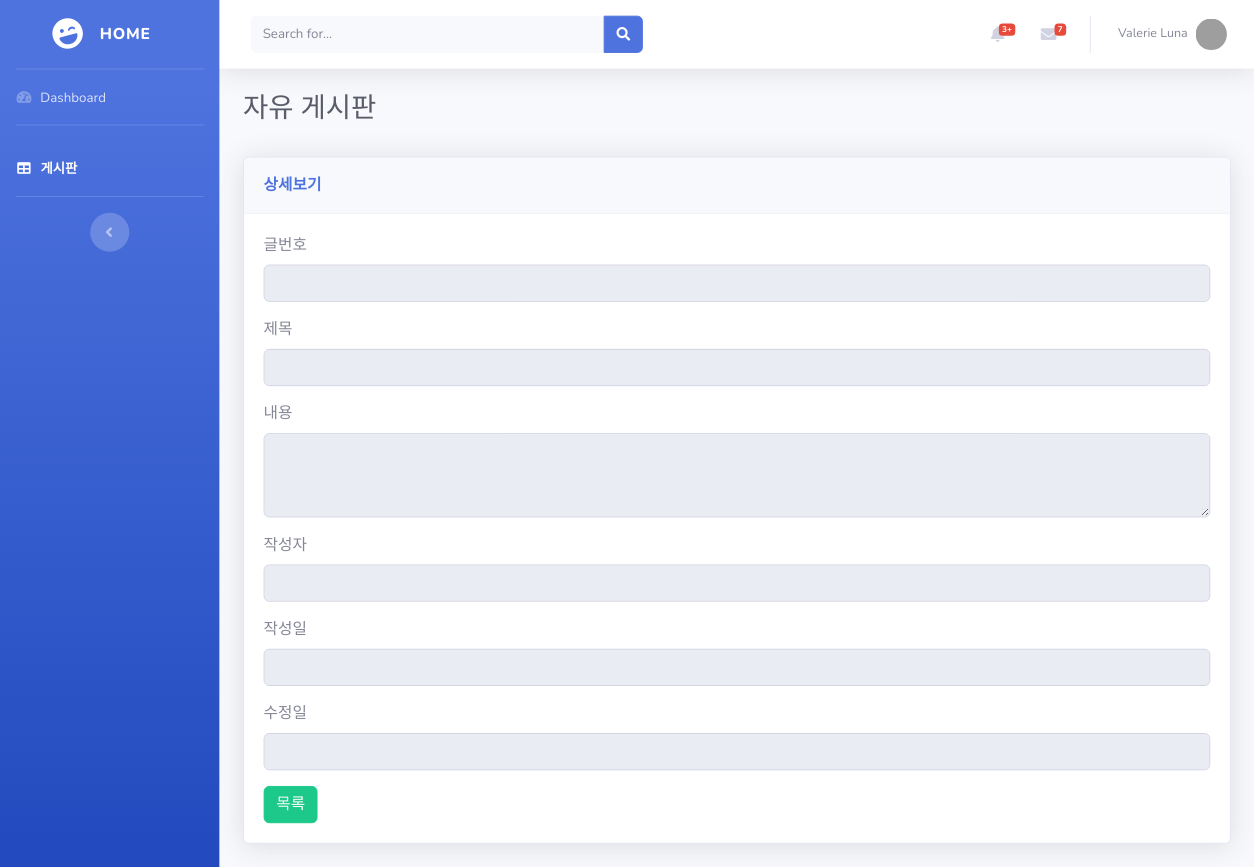
Repository: superThisMe/spring-basic
Page: http://localhost/06.spring-board-a/WEB-INF/views/board/detail.jsp
These files come from the project's save history. The page is drawn as it stood at one moment and after the next save; the edit follows.
The browser window is 1280 px wide. The pictures show the whole page, at 98% of full size.
Pictures or frames that could not be fetched are drawn as grey boxes. The page is served by Tomcat 9. Nobody is signed in. Other server files are loaded and not shown. The template is opened directly, without the code that normally fills it, so the values that code supplies are empty.

Above is the page before, as saved 2019-12-26 09:09:36.
Console error: TypeError: Cannot read properties of null (reading 'length')

### 06.spring-board-a/src/main/webapp/WEB-INF/views/board/detail.jsp
<%@ page pageEncoding="utf-8" contentType="text/html; charset=utf-8"%>

<!DOCTYPE html>
<html lang="ko">

<head>

<meta charset="utf-8">
<meta http-equiv="X-UA-Compatible" content="IE=edge">
<meta name="viewport"
	content="width=device-width, initial-scale=1, shrink-to-fit=no">
<meta name="description" content="">
<meta name="author" content="">

<title>SB Admin 2 - Dashboard</title>

<!-- Custom fonts for this template-->
<link
	href="/spring-board-a/resources/vendor/fontawesome-free/css/all.min.css"
	rel="stylesheet" type="text/css">
<link
	href="https://fonts.googleapis.com/css?family=Nunito:200,200i,300,300i,400,400i,600,600i,700,700i,800,800i,900,900i"
	rel="stylesheet">

<!-- Custom styles for this template-->
<link href="/spring-board-a/resources/css/sb-admin-2.min.css"
	rel="stylesheet">

</head>

<body id="page-top">

	<!-- Page Wrapper -->
	<div id="wrapper">

		<jsp:include page="/WEB-INF/views/modules/sidebar.jsp" />

		<!-- Content Wrapper -->
		<div id="content-wrapper" class="d-flex flex-column">

			<!-- Main Content -->
			<div id="content">

				<jsp:include page="/WEB-INF/views/modules/topbar.jsp" />

				<!-- Begin Page Content -->
				<div class="container-fluid">

					<!-- Page Heading -->
					<h1 class="h3 mb-2 text-gray-800">자유 게시판</h1>
					<br>

					<div class="card shadow mb-4">
						<div class="card-header py-3">
							<span class="m-0 font-weight-bold text-primary">상세보기</span>
						</div>
						<div class="card-body">
							<div class="form-group">
								<label>글번호</label> <input class="form-control" id='bno'
									name='bno' value="${ board.bno }">
							</div>
							<div class="form-group">
								<label>제목</label> <input class="form-control" id='title'
									name='title' value="${ board.title }">
							</div>

							<div class="form-group">
								<label>내용</label>
								<textarea class="form-control" rows="3" id='content'
									name='content'>${ board.content }</textarea>
							</div>

							<div class="form-group">
								<label>작성자</label> <input class="form-control" id='writer'
									name='writer' value="${ board.writer }">
							</div>
							<div class="form-group">
								<label>작성일</label> <input class="form-control" id='regDate'
									name='regDate' value="${ board.regDate }">
							</div>
							<div class="form-group">
								<label>수정일</label> <input class="form-control" id='updateDate'
									name='updateDate' value="${ board.updateDate }">
							</div>

							<button id="tolist-button" type="button" class="btn btn-success">목록</button>
						</div>
					</div>

				</div>
				<!-- /.container-fluid -->
			</div>
			<!-- End of Main Content -->
		</div>
		<!-- End of Content Wrapper -->
	</div>
	<!-- End of Page Wrapper -->

	<%@include file="/WEB-INF/views/modules/common-js.jsp"%>

	<script type="text/javascript">
		$(function() {
			$('#tolist-button').on('click', function(event) {
				location.href = "list.action";
			});

			$('input, textarea').attr({
				'readonly' : 'readonly'
			});
		});
	</script>

</body>

</html>

### 06.spring-board-a/src/main/webapp/WEB-INF/views/modules/common-js.jsp
<%@ page language="java"
		 contentType="text/html; charset=utf-8"
    	 pageEncoding="utf-8" %>

  <!-- Bootstrap core JavaScript-->
  <script src="/spring-board-a/resources/vendor/jquery/jquery.min.js"></script>
  <script src="/spring-board-a/resources/vendor/bootstrap/js/bootstrap.bundle.min.js"></script>

  <!-- Core plugin JavaScript-->
  <script src="/spring-board-a/resources/vendor/jquery-easing/jquery.easing.min.js"></script>

  <!-- Custom scripts for all pages-->
  <script src="/spring-board-a/resources/js/sb-admin-2.min.js"></script>

  <script src="/spring-board-a/resources/js/sidebar.js"></script>

  <!-- Page level plugins -->
  <script src="/spring-board-a/resources/vendor/chart.js/Chart.min.js"></script>

  <!-- Page level custom scripts -->
  <script src="/spring-board-a/resources/js/demo/chart-area-demo.js"></script>
  <script src="/spring-board-a/resources/js/demo/chart-pie-demo.js"></script>

### 06.spring-board-a/src/main/webapp/WEB-INF/views/modules/sidebar.jsp
<%@ page language="java"
		 contentType="text/html; charset=utf-8"
    	 pageEncoding="utf-8" %>

    <!-- Sidebar -->
    <ul class="navbar-nav bg-gradient-primary sidebar sidebar-dark accordion" id="accordionSidebar">

      <!-- Sidebar - Brand -->
      <a class="sidebar-brand d-flex align-items-center justify-content-center"
      	 href="/spring-board-a/">
        <div class="sidebar-brand-icon rotate-n-15">
          <i class="fas fa-laugh-wink"></i>
        </div>
        <div class="sidebar-brand-text mx-3">HOME</div>
      </a>

      <!-- Divider -->
      <hr class="sidebar-divider my-0">

      <!-- Nav Item - Dashboard -->
      <li id="dashboard-li" class="nav-item active">
        <a class="nav-link" href="#">
          <i class="fas fa-fw fa-tachometer-alt"></i>
          <span>Dashboard</span></a>
      </li>

      <!-- Divider -->
      <hr class="sidebar-divider">

      <!-- Nav Item - Charts -->
      <li id="board-li" class="nav-item">
        <a class="nav-link" href="/spring-board-a/board/list.action">
          <i class="fas fa-fw fa-table"></i>
          <span>게시판</span></a>
      </li>

      <!-- Divider -->
      <hr class="sidebar-divider d-none d-md-block">

      <!-- Sidebar Toggler (Sidebar) -->
      <div class="text-center d-none d-md-inline">
        <button class="rounded-circle border-0" id="sidebarToggle"></button>
      </div>

    </ul>
    <!-- End of Sidebar -->

### 06.spring-board-a/src/main/webapp/WEB-INF/views/modules/topbar.jsp
<%@ page language="java"
		 contentType="text/html; charset=utf-8"
    	 pageEncoding="utf-8" %>

		<!-- Topbar -->
        <nav class="navbar navbar-expand navbar-light bg-white topbar mb-4 static-top shadow">

          <!-- Sidebar Toggle (Topbar) -->
          <button id="sidebarToggleTop" class="btn btn-link d-md-none rounded-circle mr-3">
            <i class="fa fa-bars"></i>
          </button>

          <!-- Topbar Search -->
          <form class="d-none d-sm-inline-block form-inline mr-auto ml-md-3 my-2 my-md-0 mw-100 navbar-search">
            <div class="input-group">
              <input type="text" class="form-control bg-light border-0 small" placeholder="Search for..." aria-label="Search" aria-describedby="basic-addon2">
              <div class="input-group-append">
                <button class="btn btn-primary" type="button">
                  <i class="fas fa-search fa-sm"></i>
                </button>
              </div>
            </div>
          </form>

          <!-- Topbar Navbar -->
          <ul class="navbar-nav ml-auto">

            <!-- Nav Item - Search Dropdown (Visible Only XS) -->
            <li class="nav-item dropdown no-arrow d-sm-none">
              <a class="nav-link dropdown-toggle" href="#" id="searchDropdown" role="button" data-toggle="dropdown" aria-haspopup="true" aria-expanded="false">
                <i class="fas fa-search fa-fw"></i>
              </a>
              <!-- Dropdown - Messages -->
              <div class="dropdown-menu dropdown-menu-right p-3 shadow animated--grow-in" aria-labelledby="searchDropdown">
                <form class="form-inline mr-auto w-100 navbar-search">
                  <div class="input-group">
                    <input type="text" class="form-control bg-light border-0 small" placeholder="Search for..." aria-label="Search" aria-describedby="basic-addon2">
                    <div class="input-group-append">
                      <button class="btn btn-primary" type="button">
                        <i class="fas fa-search fa-sm"></i>
                      </button>
                    </div>
                  </div>
                </form>
              </div>
            </li>

            <!-- Nav Item - Alerts -->
            <li class="nav-item dropdown no-arrow mx-1">
              <a class="nav-link dropdown-toggle" href="#" id="alertsDropdown" role="button" data-toggle="dropdown" aria-haspopup="true" aria-expanded="false">
                <i class="fas fa-bell fa-fw"></i>
                <!-- Counter - Alerts -->
                <span class="badge badge-danger badge-counter">3+</span>
              </a>
              <!-- Dropdown - Alerts -->
              <div class="dropdown-list dropdown-menu dropdown-menu-right shadow animated--grow-in" aria-labelledby="alertsDropdown">
                <h6 class="dropdown-header">
                  Alerts Center
                </h6>
                <a class="dropdown-item d-flex align-items-center" href="#">
                  <div class="mr-3">
                    <div class="icon-circle bg-primary">
                      <i class="fas fa-file-alt text-white"></i>
                    </div>
                  </div>
                  <div>
                    <div class="small text-gray-500">December 12, 2019</div>
                    <span class="font-weight-bold">A new monthly report is ready to download!</span>
                  </div>
                </a>
                <a class="dropdown-item d-flex align-items-center" href="#">
                  <div class="mr-3">
                    <div class="icon-circle bg-success">
                      <i class="fas fa-donate text-white"></i>
                    </div>
                  </div>
                  <div>
                    <div class="small text-gray-500">December 7, 2019</div>
                    $290.29 has been deposited into your account!
                  </div>
                </a>
                <a class="dropdown-item d-flex align-items-center" href="#">
                  <div class="mr-3">
                    <div class="icon-circle bg-warning">
                      <i class="fas fa-exclamation-triangle text-white"></i>
                    </div>
                  </div>
                  <div>
                    <div class="small text-gray-500">December 2, 2019</div>
                    Spending Alert: We've noticed unusually high spending for your account.
                  </div>
                </a>
                <a class="dropdown-item text-center small text-gray-500" href="#">Show All Alerts</a>
              </div>
            </li>

            <!-- Nav Item - Messages -->
            <li class="nav-item dropdown no-arrow mx-1">
              <a class="nav-link dropdown-toggle" href="#" id="messagesDropdown" role="button" data-toggle="dropdown" aria-haspopup="true" aria-expanded="false">
                <i class="fas fa-envelope fa-fw"></i>
                <!-- Counter - Messages -->
                <span class="badge badge-danger badge-counter">7</span>
              </a>
              <!-- Dropdown - Messages -->
              <div class="dropdown-list dropdown-menu dropdown-menu-right shadow animated--grow-in" aria-labelledby="messagesDropdown">
                <h6 class="dropdown-header">
                  Message Center
                </h6>
                <a class="dropdown-item d-flex align-items-center" href="#">
                  <div class="dropdown-list-image mr-3">
                    <img class="rounded-circle" src="https://source.unsplash.com/fn_BT9fwg_E/60x60" alt="">
                    <div class="status-indicator bg-success"></div>
                  </div>
                  <div class="font-weight-bold">
                    <div class="text-truncate">Hi there! I am wondering if you can help me with a problem I've been having.</div>
                    <div class="small text-gray-500">Emily Fowler · 58m</div>
                  </div>
                </a>
                <a class="dropdown-item d-flex align-items-center" href="#">
                  <div class="dropdown-list-image mr-3">
                    <img class="rounded-circle" src="https://source.unsplash.com/AU4VPcFN4LE/60x60" alt="">
                    <div class="status-indicator"></div>
                  </div>
                  <div>
                    <div class="text-truncate">I have the photos that you ordered last month, how would you like them sent to you?</div>
                    <div class="small text-gray-500">Jae Chun · 1d</div>
                  </div>
                </a>
                <a class="dropdown-item d-flex align-items-center" href="#">
                  <div class="dropdown-list-image mr-3">
                    <img class="rounded-circle" src="https://source.unsplash.com/CS2uCrpNzJY/60x60" alt="">
                    <div class="status-indicator bg-warning"></div>
                  </div>
                  <div>
                    <div class="text-truncate">Last month's report looks great, I am very happy with the progress so far, keep up the good work!</div>
                    <div class="small text-gray-500">Morgan Alvarez · 2d</div>
                  </div>
                </a>
                <a class="dropdown-item d-flex align-items-center" href="#">
                  <div class="dropdown-list-image mr-3">
                    <img class="rounded-circle" src="https://source.unsplash.com/Mv9hjnEUHR4/60x60" alt="">
                    <div class="status-indicator bg-success"></div>
                  </div>
                  <div>
                    <div class="text-truncate">Am I a good boy? The reason I ask is because someone told me that people say this to all dogs, even if they aren't good...</div>
                    <div class="small text-gray-500">Chicken the Dog · 2w</div>
                  </div>
                </a>
                <a class="dropdown-item text-center small text-gray-500" href="#">Read More Messages</a>
              </div>
            </li>

            <div class="topbar-divider d-none d-sm-block"></div>

            <!-- Nav Item - User Information -->
            <li class="nav-item dropdown no-arrow">
              <a class="nav-link dropdown-toggle" href="#" id="userDropdown" role="button" data-toggle="dropdown" aria-haspopup="true" aria-expanded="false">
                <span class="mr-2 d-none d-lg-inline text-gray-600 small">Valerie Luna</span>
                <img class="img-profile rounded-circle" src="https://source.unsplash.com/QAB-WJcbgJk/60x60">
              </a>
              <!-- Dropdown - User Information -->
              <div class="dropdown-menu dropdown-menu-right shadow animated--grow-in" aria-labelledby="userDropdown">
                <a class="dropdown-item" href="#">
                  <i class="fas fa-user fa-sm fa-fw mr-2 text-gray-400"></i>
                  Profile
                </a>
                <a class="dropdown-item" href="#">
                  <i class="fas fa-cogs fa-sm fa-fw mr-2 text-gray-400"></i>
                  Settings
                </a>
                <a class="dropdown-item" href="#">
                  <i class="fas fa-list fa-sm fa-fw mr-2 text-gray-400"></i>
                  Activity Log
                </a>
                <div class="dropdown-divider"></div>
                <a class="dropdown-item" href="#" data-toggle="modal" data-target="#logoutModal">
                  <i class="fas fa-sign-out-alt fa-sm fa-fw mr-2 text-gray-400"></i>
                  Logout
                </a>
              </div>
            </li>

          </ul>

        </nav>
        <!-- End of Topbar -->

### 06.spring-board-a/src/main/webapp/resources/js/sidebar.js
$(function() {

	$('li').removeClass('active');

	var url = document.URL;
	if (url.indexOf('/board/') >= 0) {
		$('#board-li').addClass('active');
	}

});

Loaded but not shown: 06.spring-board-a/src/main/webapp/resources/css/sb-admin-2.min.css (library); 06.spring-board-a/src/main/webapp/resources/js/sb-admin-2.min.js (common file); 06.spring-board-a/src/main/webapp/resources/js/demo/chart-area-demo.js (common file); 06.spring-board-a/src/main/webapp/resources/js/demo/chart-pie-demo.js (common file)

After the next save:
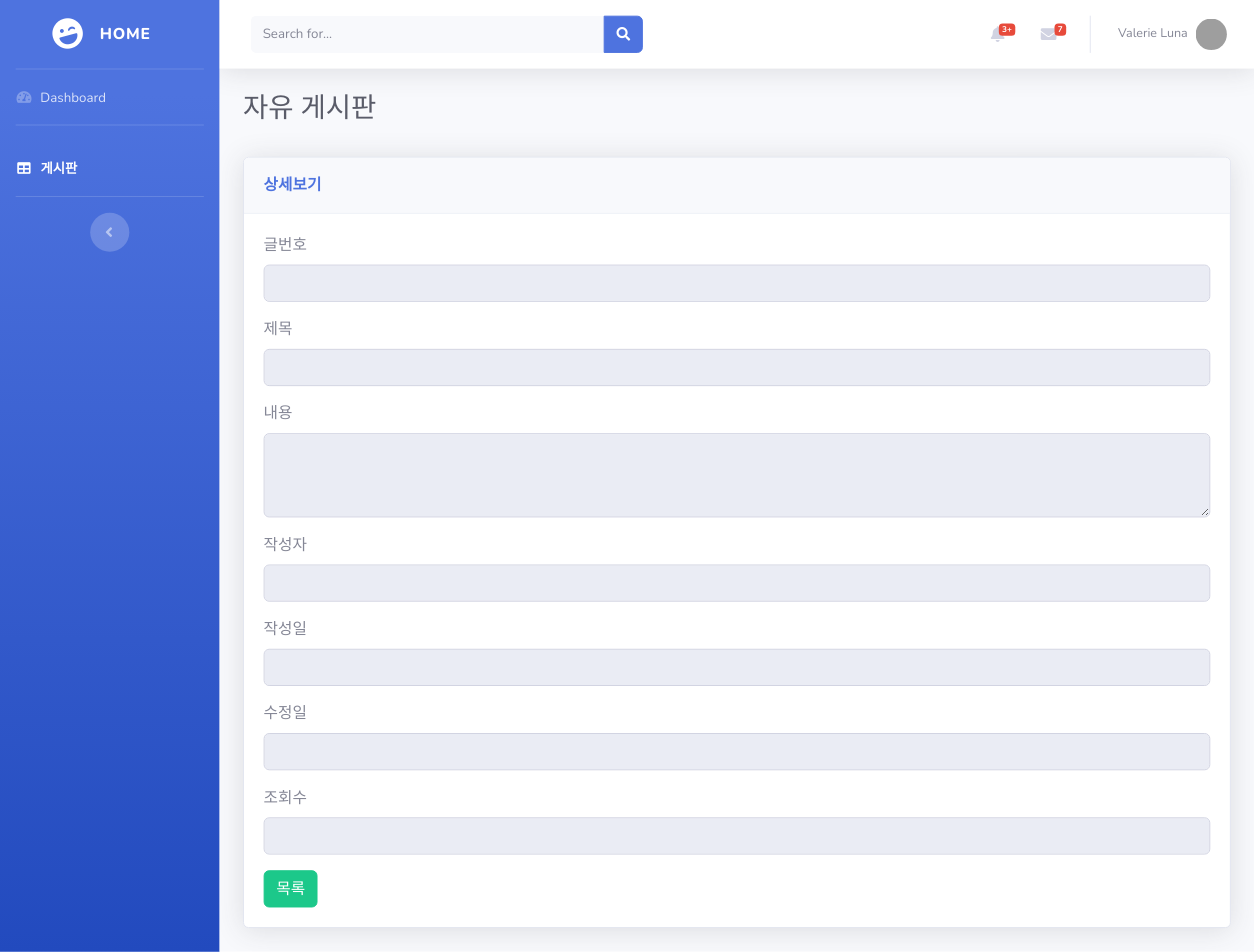
Saved 34 s later.
--- a/06.spring-board-a/src/main/webapp/WEB-INF/views/board/detail.jsp
+++ b/06.spring-board-a/src/main/webapp/WEB-INF/views/board/detail.jsp
@@ -82,6 +82,10 @@
 								<label>수정일</label> <input class="form-control" id='updateDate'
 									name='updateDate' value="${ board.updateDate }">
 							</div>
+							<div class="form-group">
+								<label>조회수</label> <input class="form-control" id='readCount'
+									name='updateDate' value="${ board.updateDate }">
+							</div>
 
 							<button id="tolist-button" type="button" class="btn btn-success">목록</button>
 						</div>
